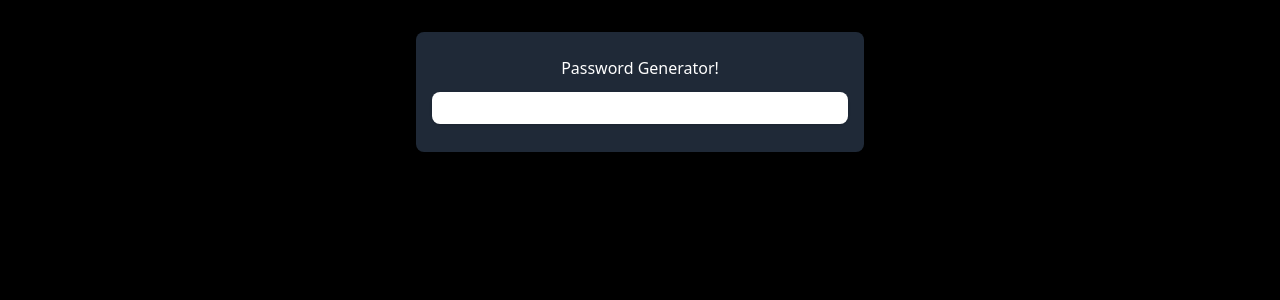
Repository: tirth2014/chai-aur-react
Page: / (app in 05_password-generator/)
The author's editor kept a copy of each file at every save. The page is drawn from the files as they stood at one save, then again after the next save.
The browser window is 1280 px wide. The pictures show the whole page.
The project was rebuilt for these pictures with package versions that can differ from the ones it lists, and the page was loaded fresh each time. Also part of the build but not shown: 05_password-generator/vite.config.js.

Above is the page before, as saved 2023-10-07 16:41:52.

After the next save:
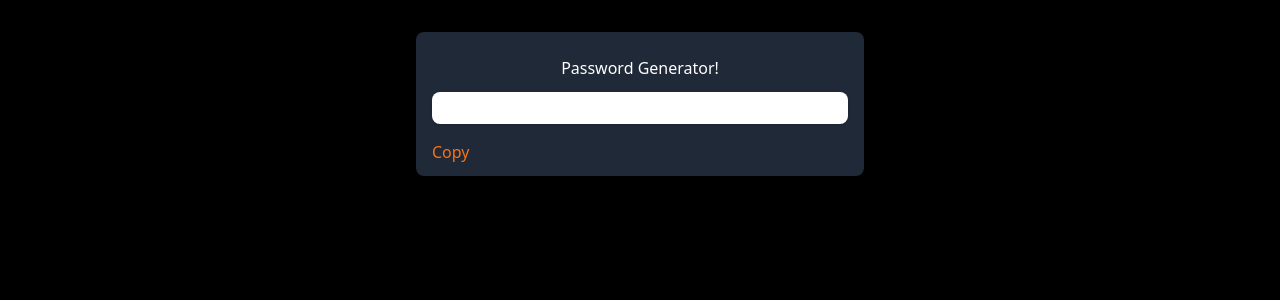
Saved 25 s later.
--- a/05_password-generator/src/App.jsx
+++ b/05_password-generator/src/App.jsx
@@ -20,6 +20,7 @@ function App() {
           className='outline-none w-full py-1 px-3'
           />
         </div>
+        <button>Copy</button>
       </div>
     </>
   )
